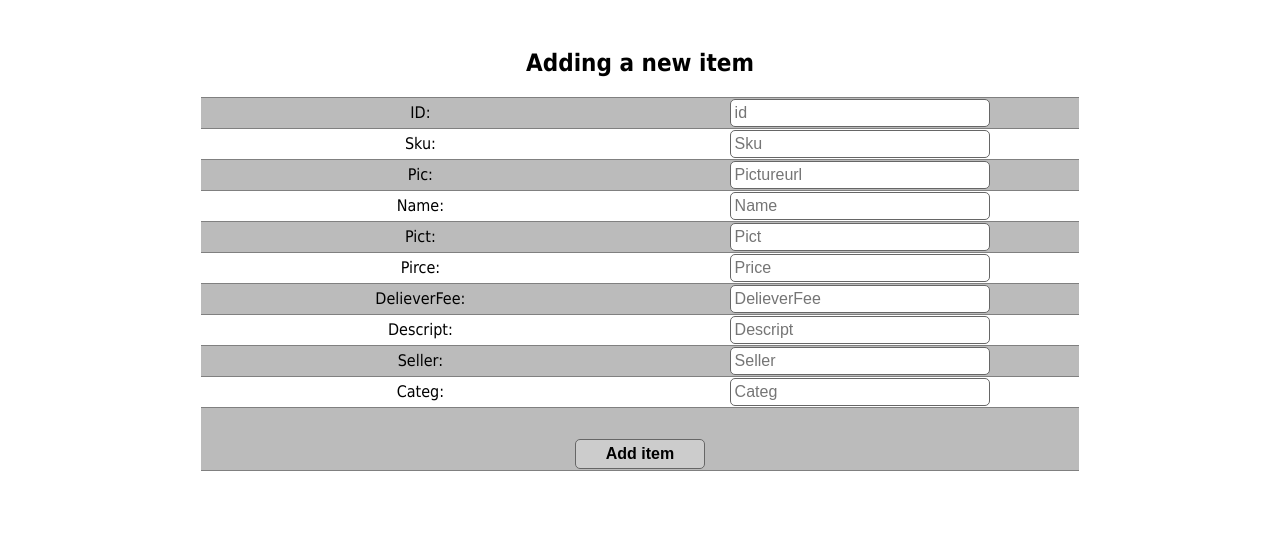
Repository: UnforgivenZZZ/bulldog
Page: bulldog/WebContent/WEB-INF/addingitem.html
An editor plug-in stored every save of this project. The page is shown before and after the next save, followed by the edit.
The browser window is 1280 px wide. The pictures show the whole page.

Above is the page before, as saved 2017-07-13 01:49:25.

After the next save:
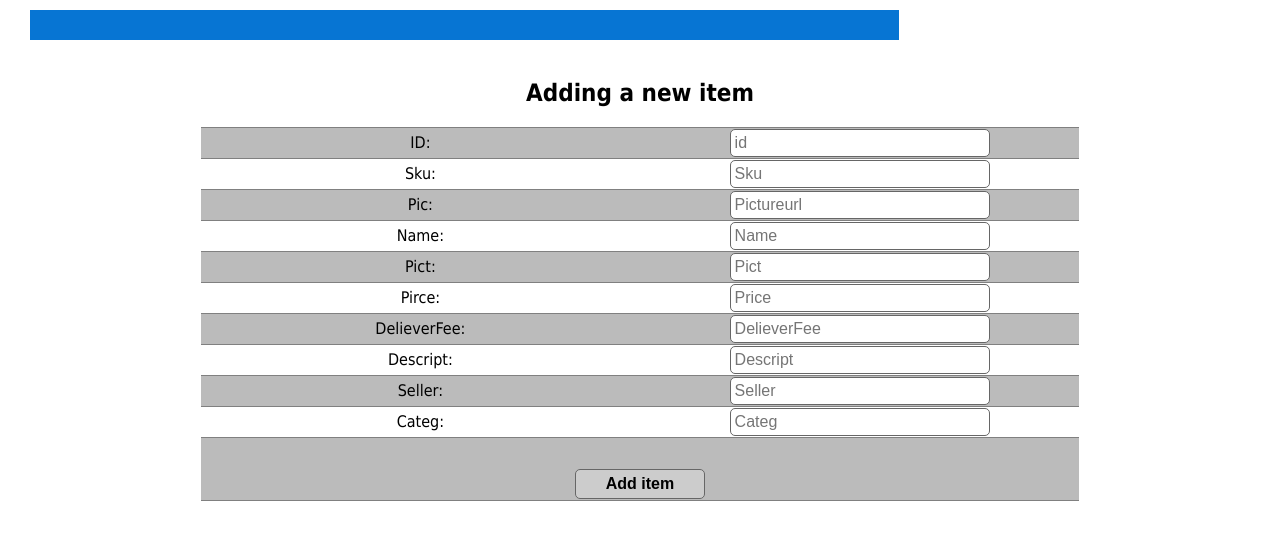
Saved 44 s later.
--- a/bulldog/WebContent/WEB-INF/addingitem.html
+++ b/bulldog/WebContent/WEB-INF/addingitem.html
@@ -11,7 +11,15 @@
 <!-- 	id,sku,pic,name,pict,price,delieverFee,descript,seller,categ,postDate -->
     <form action="adding" method="post">
         <table border="0" width="45%" align="center">
-            <caption><h2>Adding a new item</h2></caption>
+
+
+
+			<div id ="wrapper">
+				<div id ="header">
+					<caption><h2>Adding a new item</h2></caption>
+				</div>
+			</div>
+
              <tr>
                 <td width="50%">ID: </td>
                 <td><input type="text" placeholder="id" name="_id"></td>
